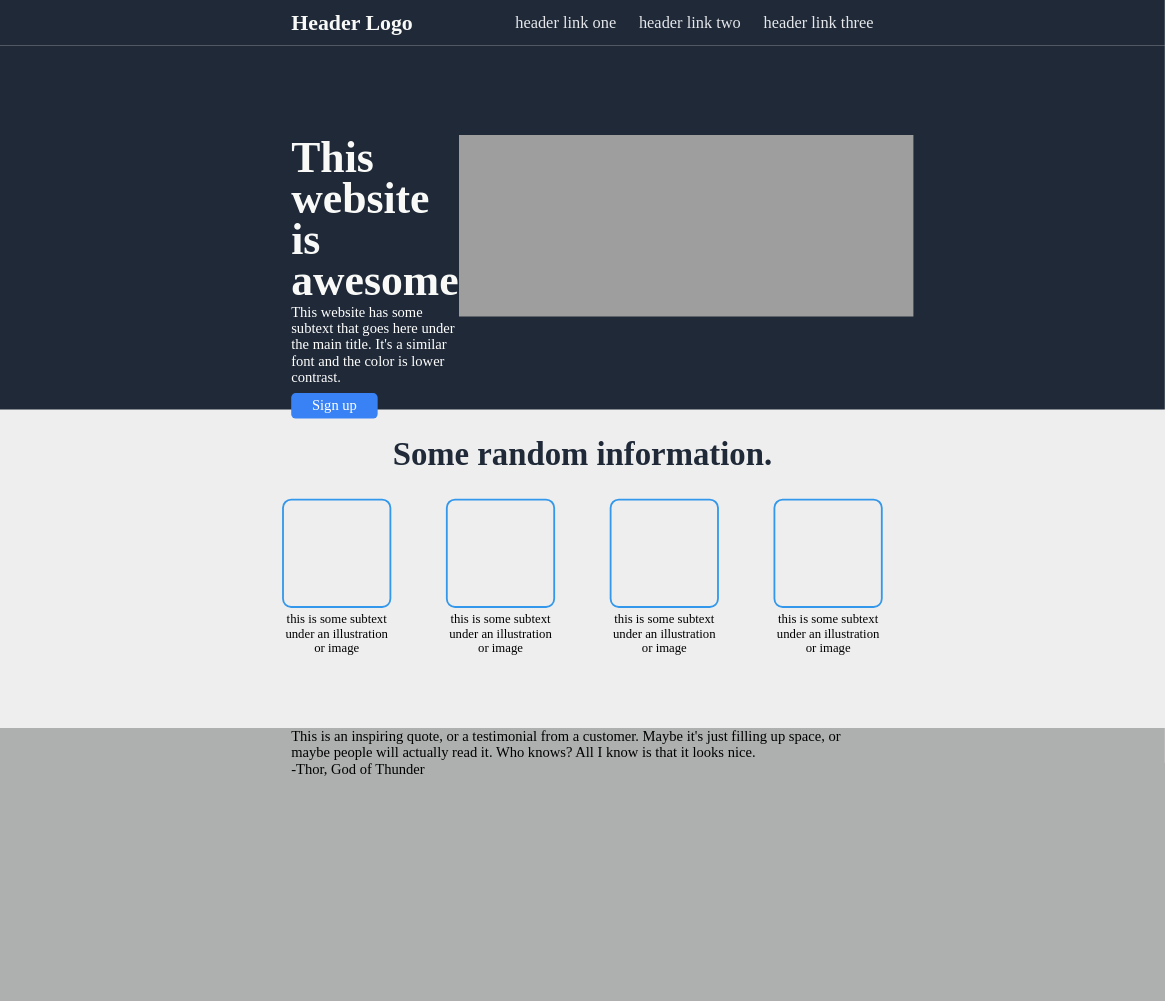
Repository: Pafestivo/Dummy-Landing-Page
Page: index.html
The author's editor kept a copy of each file at every save. The page is drawn from the files as they stood at one save, then again after the next save.
The browser window is 1280 px wide. The pictures show the whole page, at 91% of full size.
Pictures or frames that could not be fetched are drawn as grey boxes.

Above is the page before, as saved 2022-09-26 19:14:39.

After the next save:
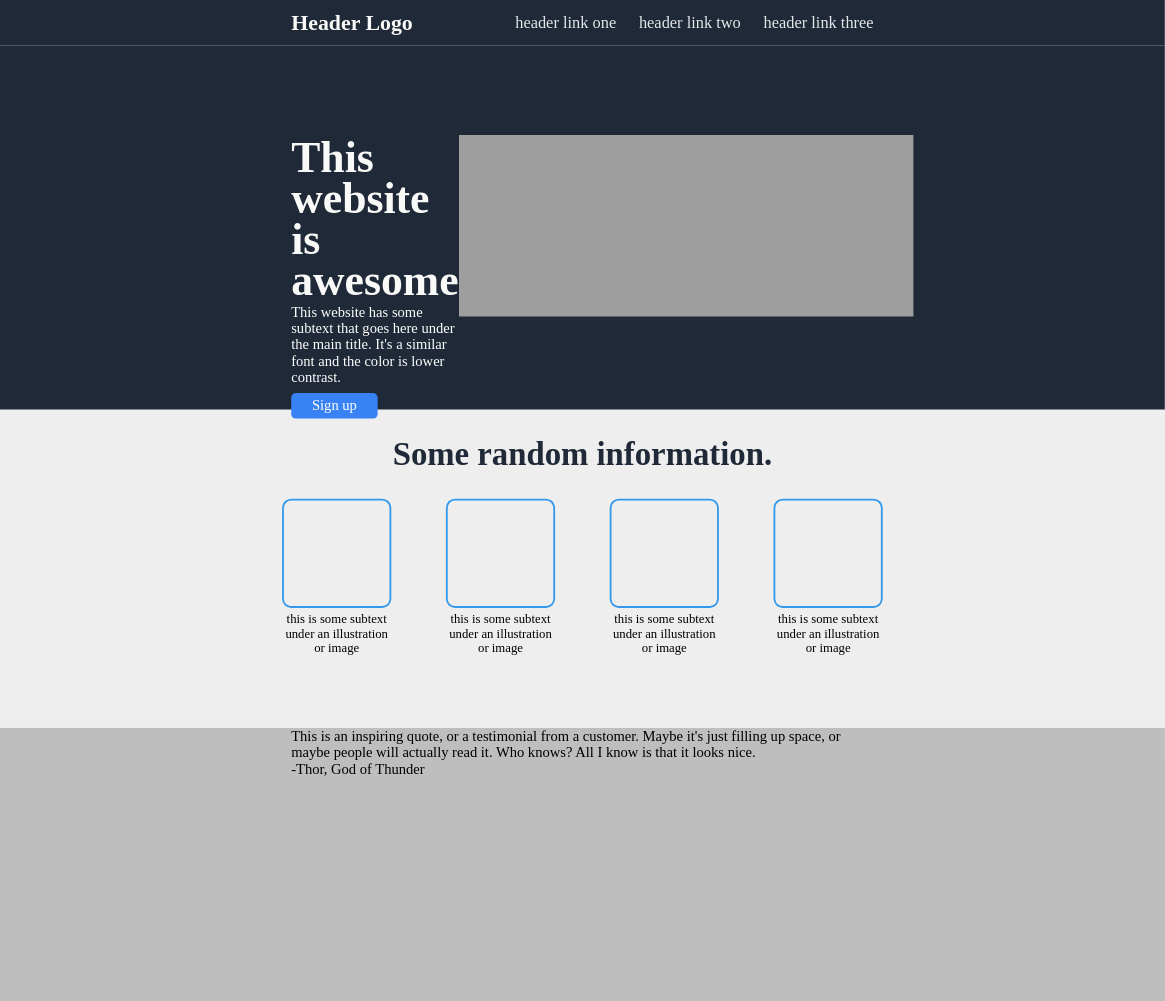
Saved 13 s later.
--- a/styles.css
+++ b/styles.css
@@ -136,7 +136,7 @@ right p {
 
 /* Third section  */
 .third {
-  background-color: #aeafaf;
+  background-color: #bebebe;
   height: 300px;
 }
 /* End third section  */
